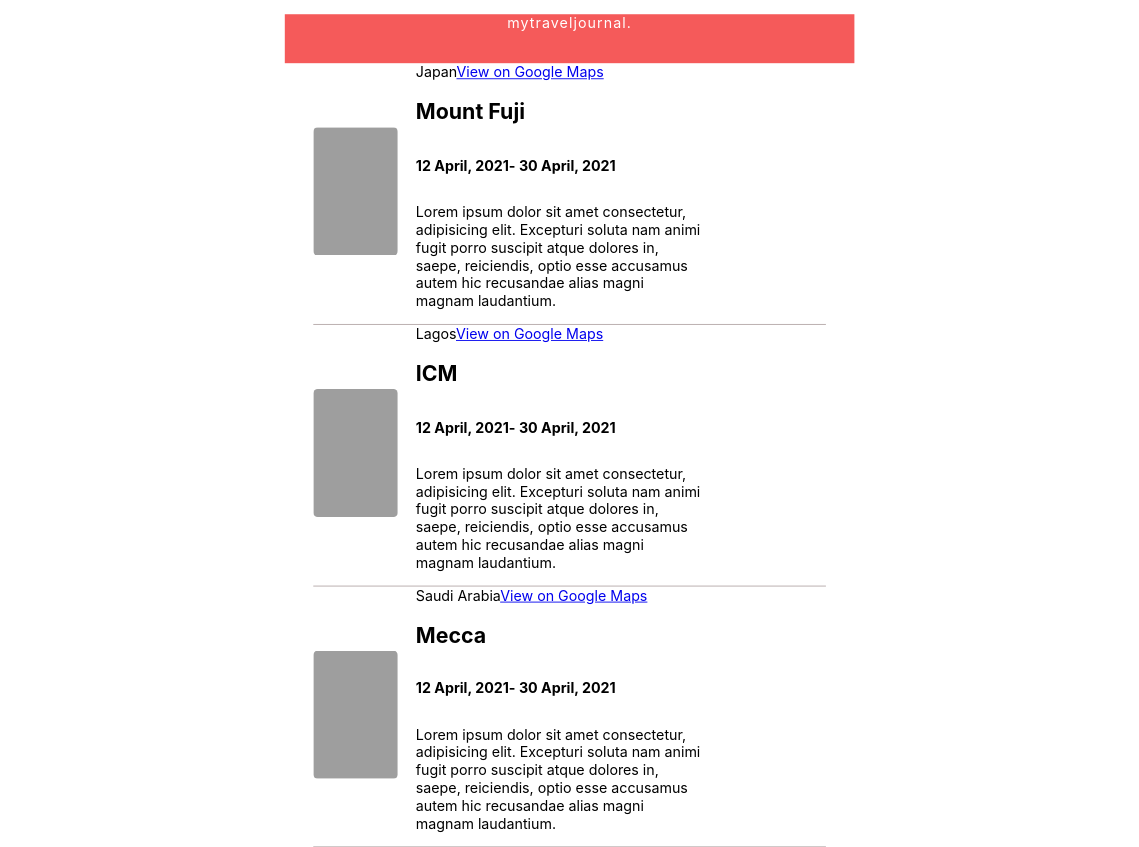
Repository: BuduCE/travel-journal
Page: /
An editor plug-in stored every save of this project. The page is shown before and after a run of saves, followed by the edit.
The browser window is 1280 px wide. The pictures show the whole page, at 89% of full size.
Pictures or frames that could not be fetched are drawn as grey boxes. The project was rebuilt for these pictures with package versions that can differ from the ones it lists, and the page was loaded fresh each time.

Above is the page before, as saved 2022-08-25 13:32:44.

After the next 2 saves:
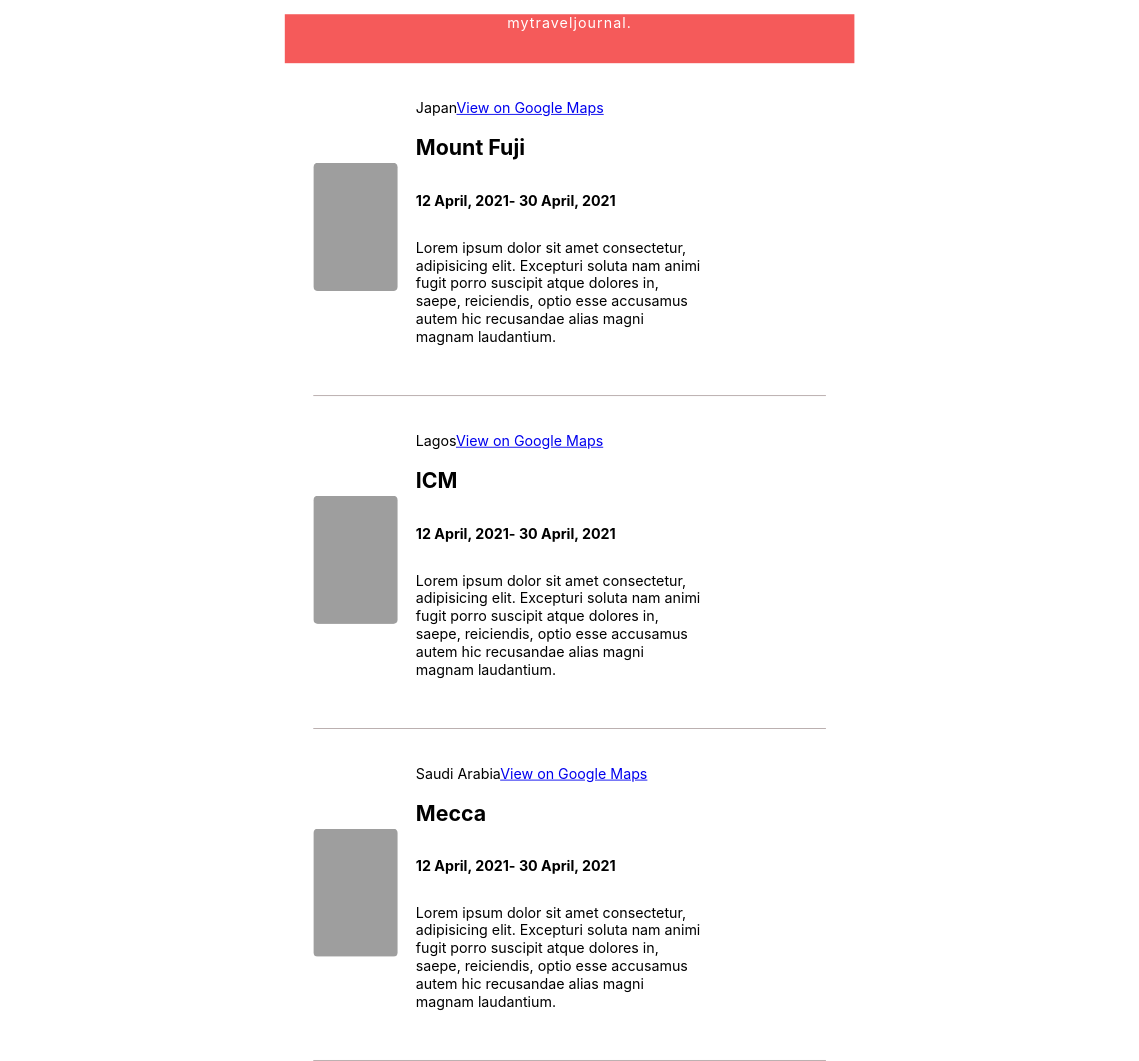
The 2 saves are shown as one change because they came seconds apart.
The last was saved 9 s later.
--- a/src/components/Tour/styles.css
+++ b/src/components/Tour/styles.css
@@ -3,7 +3,7 @@
     margin: auto;
     display: grid;
     grid-template-columns: 1fr 4fr;
-    /* padding: 40px; */
+    padding: 40px 0;
     align-items: center;
     border-bottom: 1px solid #b3a7a7;
 }
